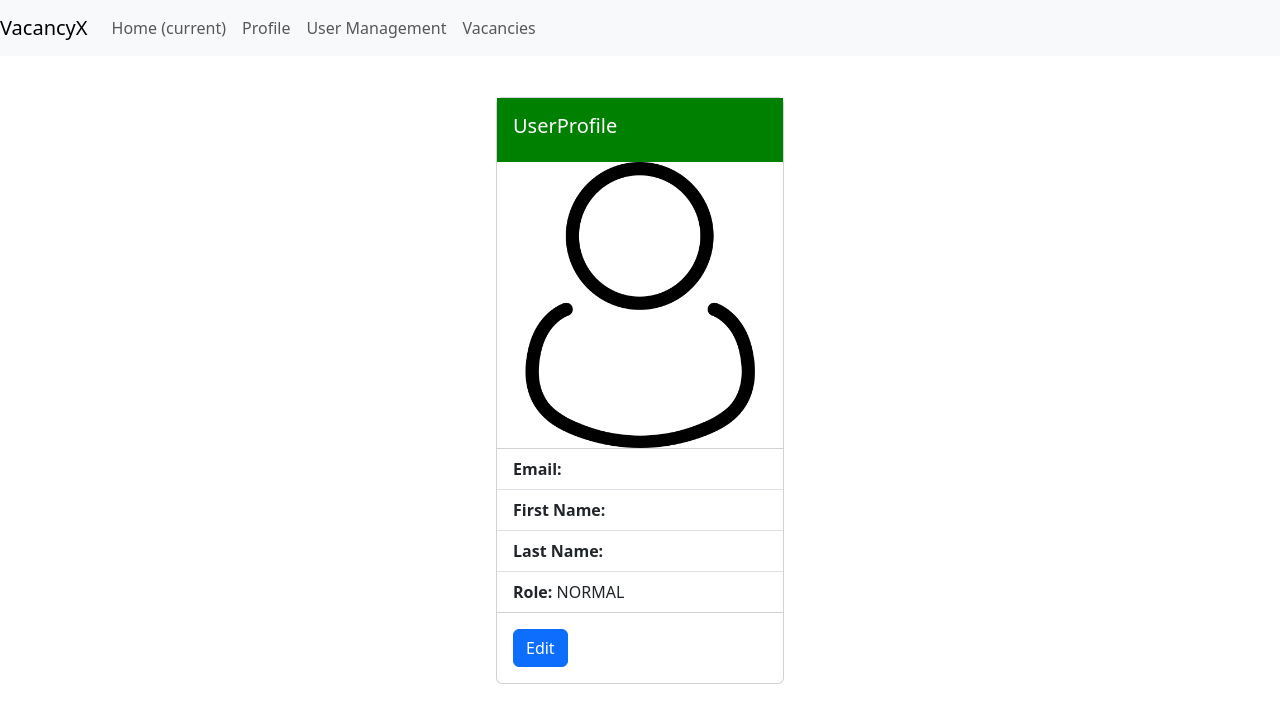
Repository: zipArk99/Vacancy-portal-serv
Page: http://localhost/VacancyPortal/profile_page.jsp
These files come from the project's save history. The page is drawn as it stood at one moment and after the next save; the edit follows.
The browser window is 1280 px wide. The pictures show the whole page.
The page is served by Tomcat 9. The template is opened directly, without the code that normally fills it, so the values that code supplies are empty.

Above is the page before, as saved 2024-08-21 05:29:02.

After the next save:
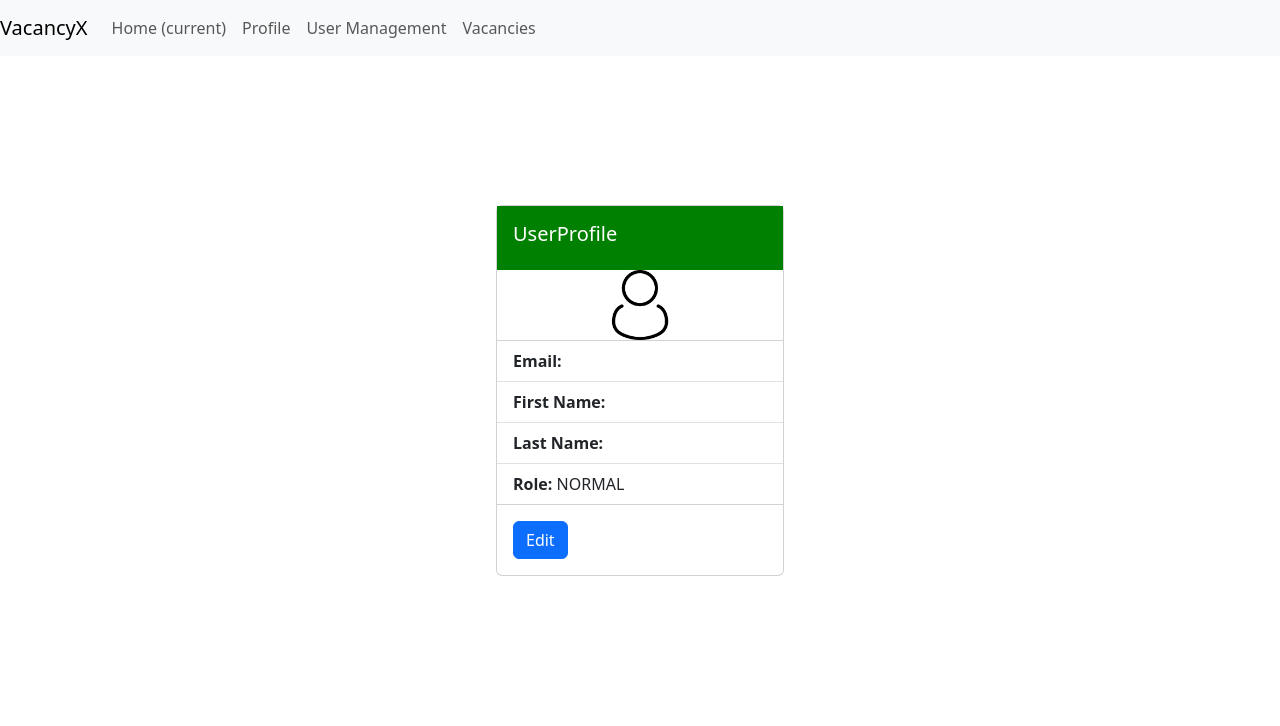
Saved 18 s later.
--- a/VacancyPortal/src/main/webapp/profile_page.jsp
+++ b/VacancyPortal/src/main/webapp/profile_page.jsp
@@ -27,17 +27,26 @@ body, html {
 	align-items: center;
 	height: 93vh; /* Full viewport height */
 }
+
+.card-img-top {
+	height: 70px;
+	width: auto;
+	s max-width: 100%;
+	display: block;
+	object-fit: contain;
+}
 </style>
 </head>
 <body>
 	<%@ include file="header.jsp"%>
 	<div class="container">
 		<div class="card" style="width: 18rem;">
-		<div class="card-body" style="background-color:green;">
-				<h5 class="card-title" style="color:white;">UserProfile</h5>
+			<div class="card-body" style="background-color: green;">
+				<h5 class="card-title" style="color: white;">UserProfile</h5>
 			</div>
 
-  <img src="user.png" class="card-img-top" alt="User Image" draggable="true">
+			<img src="user.png" class="card-img-top" alt="User Image"
+				draggable="true">
 			<ul class="list-group list-group-flush">
 				<li class="list-group-item"><b>Email:</b> <c:out
 						value="${requestScope.email}"></c:out></li>
